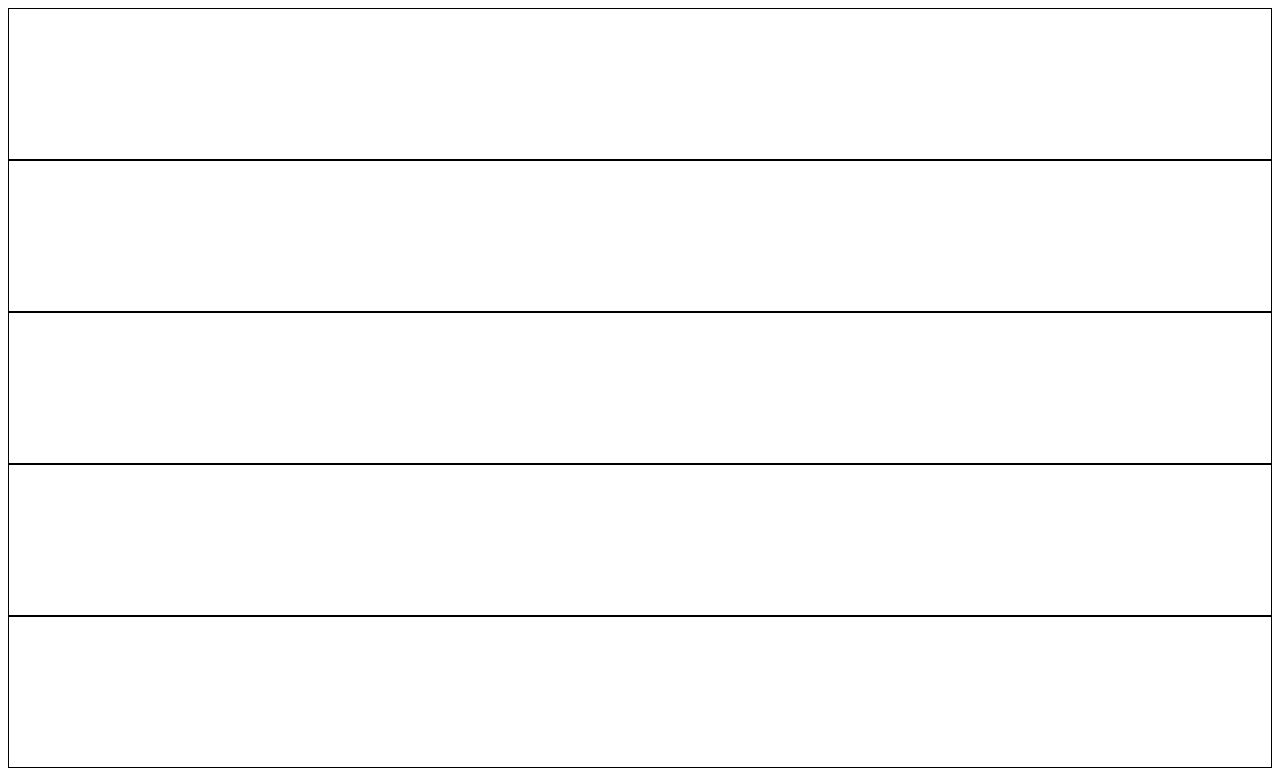
Repository: AishwaryaPandey987/PGLife
Page: home.html
The author's editor kept a copy of each file at every save. The page is drawn from the files as they stood at one save, then again after the next save.
The browser window is 1280 px wide. The pictures show the whole page.

Above is the page before, as saved 2022-10-27 20:31:35.

### home.html
<!DOCTYPE html>
  <html>
    <head>
        <title>CSS Page</title>
         <link rel="stylesheet" href="css/style.css" />
    </head>
    <body>
      <div>
      </div>


      <div></div>

      <div>
      </div>

      <div></div>

      <div></div>
    </body>
  </html>

### css/style.css


div{

  border:  1px solid black;
 height: 150px;
}

After the next save:
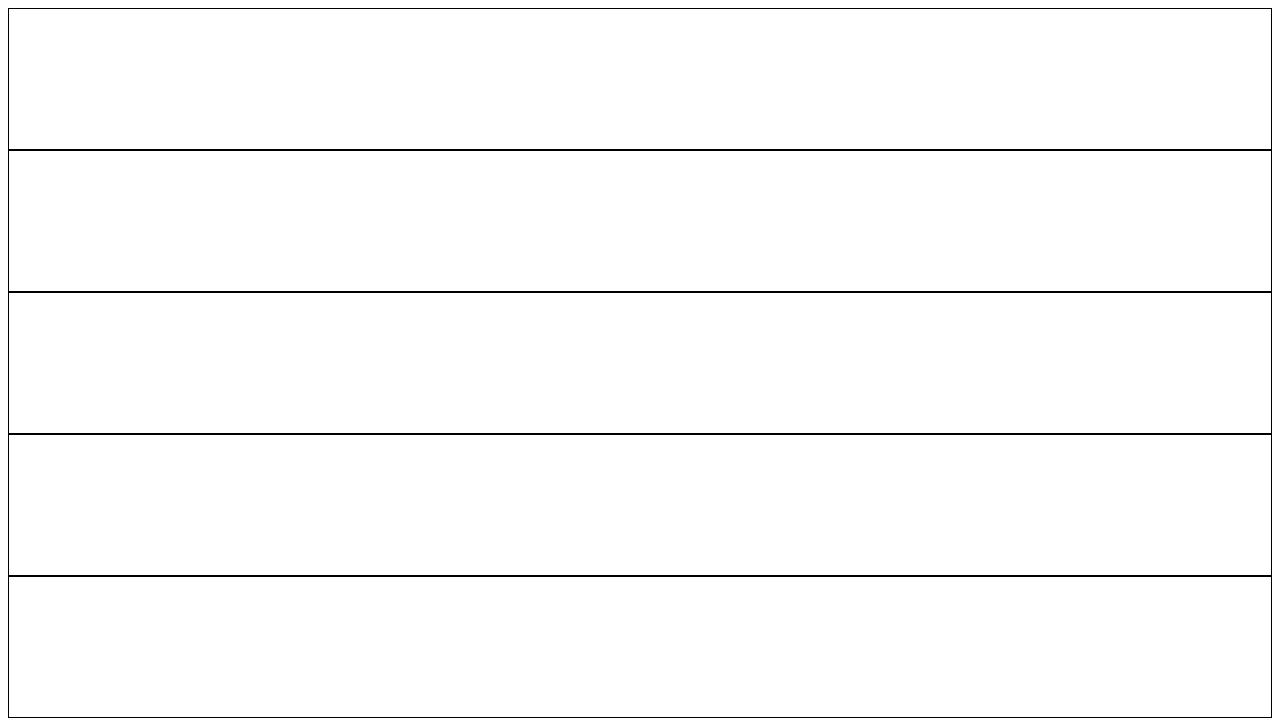
Saved 16 s later.
--- a/css/style.css
+++ b/css/style.css
@@ -3,5 +3,5 @@
 div{
 
   border:  1px solid black;
- height: 150px;
+ height: 140px;
 }
